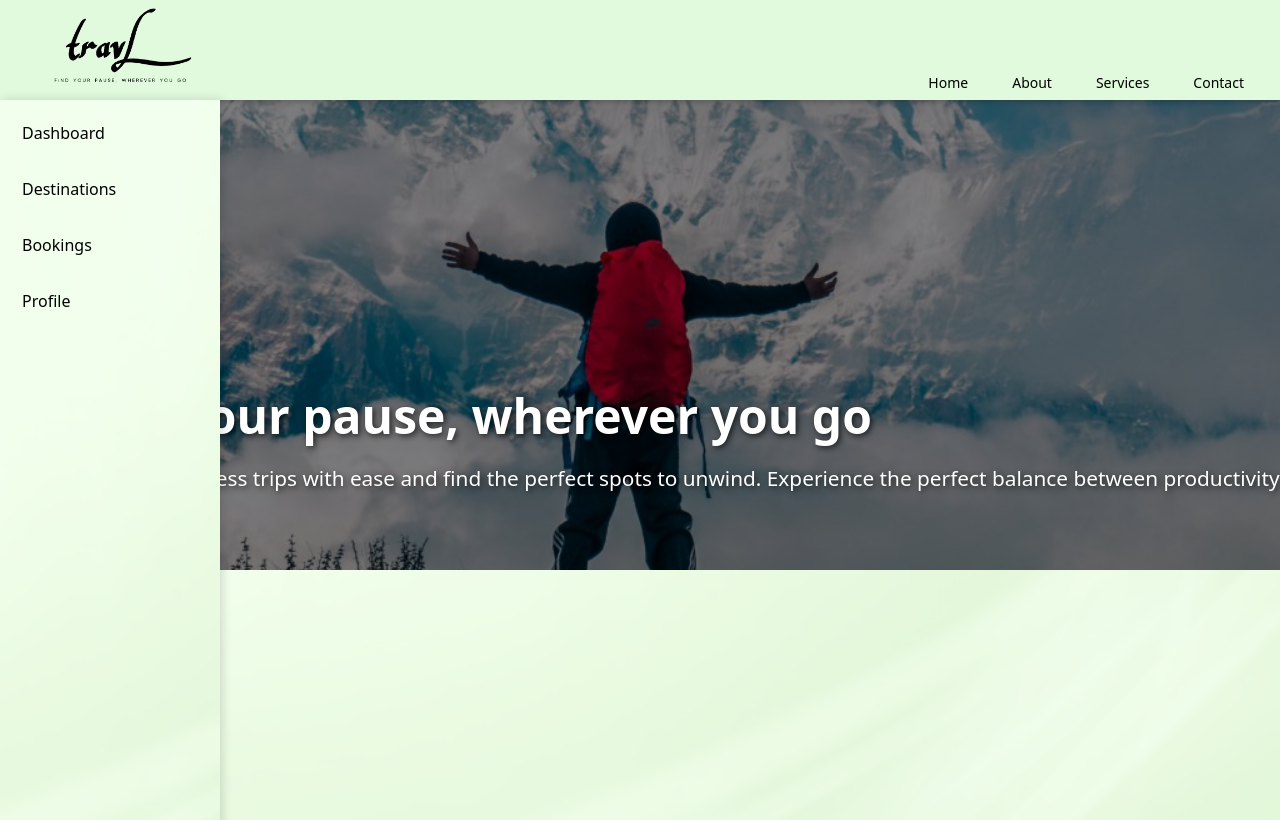
Repository: Nakib-Arman/Javafest25---travL
Page: / (app in Frontend/)
An editor plug-in stored every save of this project. The page is shown before and after the next save, followed by the edit.
The browser window is 1280 px wide. The pictures show the whole page.
Pictures or frames that could not be fetched are drawn as grey boxes. The project was rebuilt for these pictures with package versions that can differ from the ones it lists, and the page was loaded fresh each time. Also part of the build but not shown: Frontend/vite.config.js.

Above is the page before, as saved 2025-08-13 14:03:13.

After the next save:
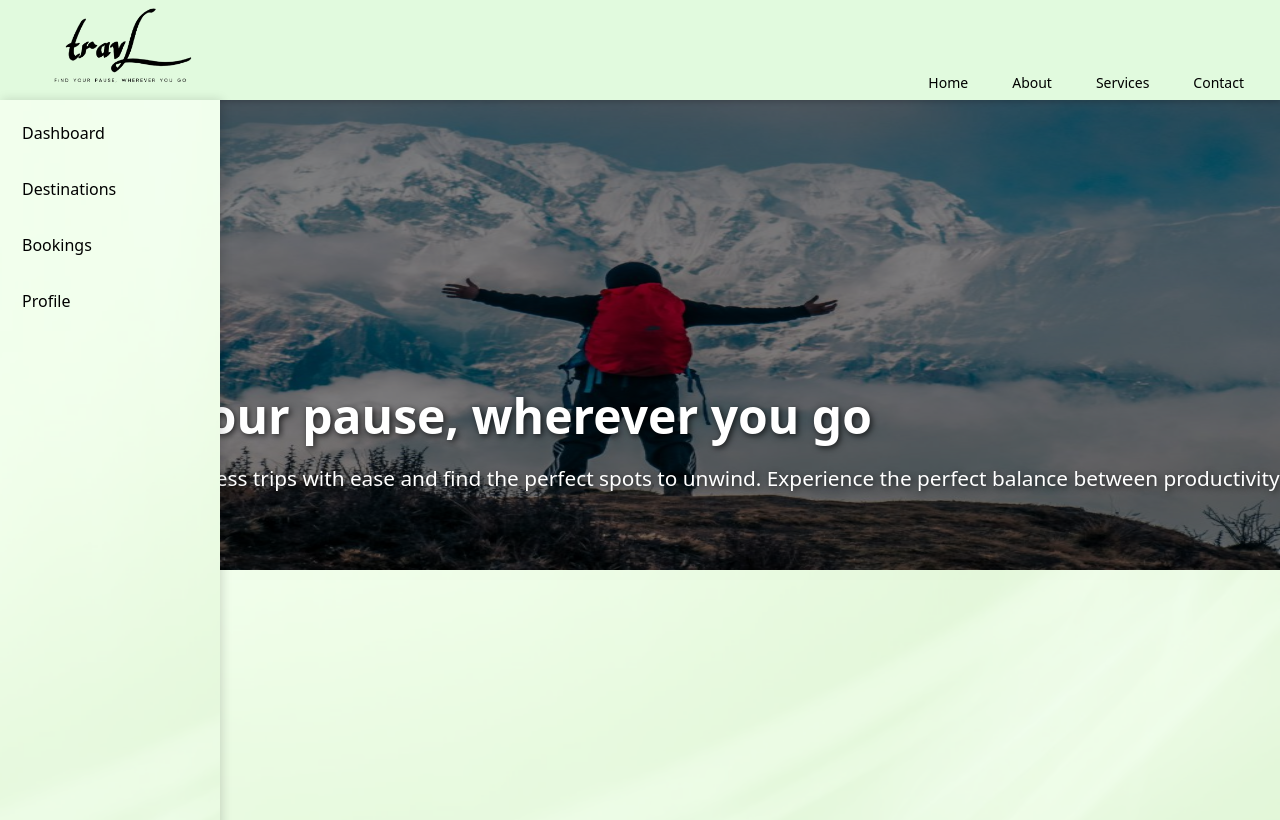
Saved 37 s later.
--- a/Frontend/src/CSS/Home.css
+++ b/Frontend/src/CSS/Home.css
@@ -54,7 +54,7 @@
 .slide-image {
     min-width: 100%;
     height: 100%;
-    object-fit: cover;
+    /* object-fit: cover; */
     opacity: 0.5;
 }
 
